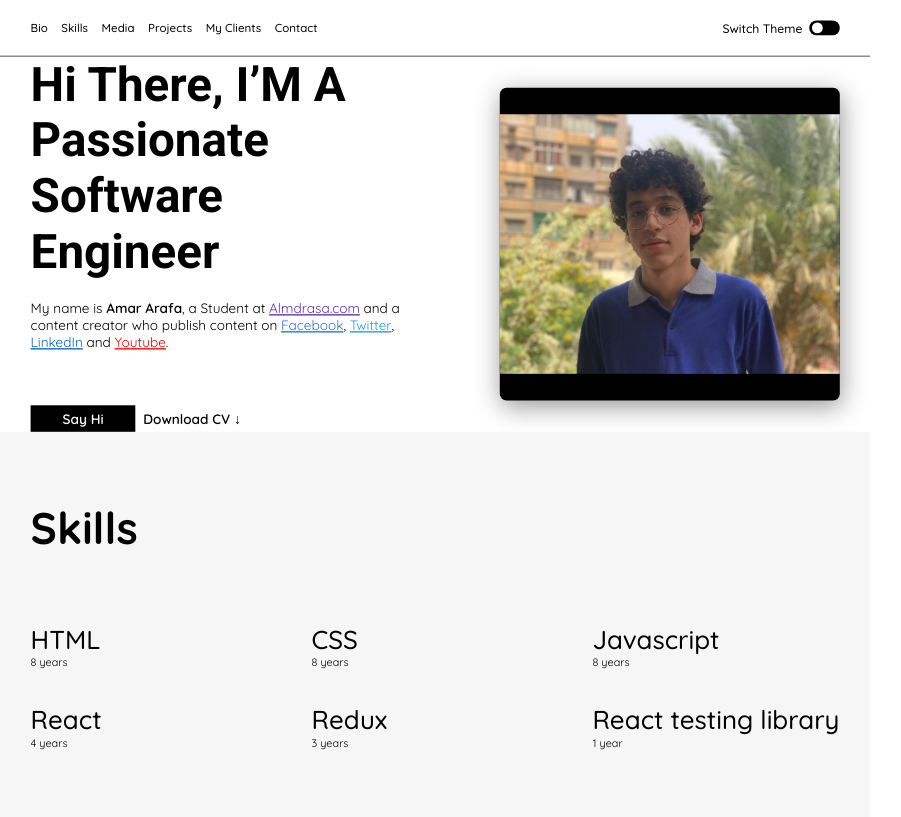
Repository: benarafa1/personal-website
Page: index.html
These files come from the project's save history. The page is drawn as it stood at one moment and after the next save; the edit follows.
The browser window is 1280 px wide. The page is 1280 px wide, then 1325 px, so the pictures cover 1325 px, including what lies to the right of the window. The pictures show the whole page, at 68% of full size.

Above is the page before, as saved 2025-04-12 17:19:03.

### index.html
<!DOCTYPE html>
<html lang="en">
  <head>
    <meta charset="UTF-8" />
    <meta name="viewport" content="width=device-width, initial-scale=1.0" />
    <link rel="preconnect" href="https://fonts.googleapis.com" />
    <link rel="preconnect" href="https://fonts.gstatic.com" crossorigin />
    <link rel="preconnect" href="https://fonts.googleapis.com" />
    <link rel="preconnect" href="https://fonts.gstatic.com" crossorigin />
    <link
      href="https://fonts.googleapis.com/css2?family=Quicksand:wght@300..700&family=Roboto:ital,wght@0,100;0,300;0,400;0,500;0,700;0,900;1,100;1,300;1,400;1,500;1,700;1,900&display=swap"
      rel="stylesheet"
    />

    <link rel="stylesheet" href="style.css" />
    <title>Amar Arafa</title>
  </head>

  <body>
    <div class="container">
      <header class="header">
        <nav class="navigation">
          <ul class="navigation__list">
            <li><a class="navigation__link" href="#">Bio</a></li>
            <li><a class="navigation__link" href="#">Skills</a></li>
            <li><a class="navigation__link" href="#">Media</a></li>
            <li><a class="navigation__link" href="#">Projects</a></li>
            <li><a class="navigation__link" href="#">My Clients</a></li>
            <li><a class="navigation__link" href="#">Contact</a></li>
          </ul>
        </nav>
        <div class="toggle">
          <h3 class="toggle__title">Switch Theme</h3>
          <input
            type="checkbox"
            name="toggle__checkbox"
            id="checkbox"
            class="toggle__checkbox"
          />
          <label for="checkbox" class="toggle__label"></label>
        </div>
      </header>
      <section class="bio section">
        <div class="bio__data-part">
          <h1 class="bio__heading">
            Hi There, I’M A Passionate Software Engineer
          </h1>
          <p class="bio__objective">
            My name is <span class="bio__name">Amar Arafa</span>, a Student at
            <a href="" class="bio__Almdrasa">Almdrasa.com</a> and a content
            creator who publish content on
            <a href="#" class="bio__Facebook">Facebook</a>,
            <a href="#" class="bio__Twitter">Twitter</a>,
            <a href="#" class="bio__LinkedIn">LinkedIn</a> and
            <a href="#" class="bio__Youtube">Youtube</a>.
          </p>
          <a href="#" class="bio__links say-hi-link">Say Hi</a>
          <a href="#" class="bio__links download-cv-link"
            >Download CV <span class="bio__arrow">↓</span></a
          >
        </div>
        <div class="bio__pic-part">
          <img
            src="images/personal-pic.jpg"
            alt="img of amar"
            class="bio__pic"
          />
        </div>
      </section>
      <section class="skills section section-with-bg">
        <h2 class="h2__heading">Skills</h2>
        <div class="skills__languages">
          <div class="skills__item">
            <p class="language">HTML</p>
            <p class="experience">8 years</p>
          </div>
          <div class="skills__item">
            <p class="language">CSS</p>
            <p class="experience">8 years</p>
          </div>
          <div class="skills__item">
            <p class="language">Javascript</p>
            <p class="experience">8 years</p>
          </div>
          <div class="skills__item">
            <p class="language">React</p>
            <p class="experience">4 years</p>
          </div>
          <div class="skills__item">
            <p class="language">Redux</p>
            <p class="experience">3 years</p>
          </div>
          <div class="skills__item">
            <p class="language">React testing library</p>
            <p class="experience">1 year</p>
          </div>
        </div>
      </section>
      <section id="media" class="media section"></section>
    </div>
  </body>
</html>

### style.css
:root {
  --container-width: 119rem;
  --gutter: 2rem;
  --color-black: #000;
  --color-white: #fff;
  --color-blue: #2374e1;
  --color-light-blue: #1d9bf0;
  --color-dark-blue: #0a66c2;
  --color-darker-blue: #143ce8;
  --color-red: #ff0000;
  --color-purple: hsla(261, 96%, 33%, 0.822);
  --color-grey: #f6f6f6;
  --color-dark-green: #42959b;
  --color-background: var(--color-white);
  --color-text: var(--color-black);
  --color-box-img: var(--color-black);
  --color-link-bg: var(--color-black);
  --color-input-border: var(--color-black);
  --font-family-Roboto: "Roboto", sans-serif;
  --font-family-Quicksand: "Quicksand", sans-serif;
  --font-weight-regular: 400;
  --font-weight-medium: 500;
  --font-weight-semi-bold: 600;
  --font-weight-bold: 700;
  --font-size-70: 7rem;
  --font-size-65: 6.5rem;
  --font-size-40: 4rem;
  --font-size-38: 3.8rem;
  --font-size-24: 2.4rem;
  --font-size-22: 2.2rem;
  --font-size-20: 2rem;
  --font-size-18: 1.8rem;
  --font-size-15: 1.5rem;
  --transition-timing: 0.3s;
}

/* start CSS Reset_________________ */
*,
*::before,
*::after {
  box-sizing: border-box;
  margin: 0;
  padding: 0;
  font: inherit;
}

a {
  color: inherit;
  display: inline-block;
}

button {
  background-color: transparent;
  border: none;
  cursor: pointer;
}

ul,
ol {
  list-style: none;
}
body {
  font-size: 1.6rem;
  font-family: var(--font-family-Quicksand);
}

html {
  font-size: 62.5%;
  scroll-behavior: smooth;
  scroll-padding-top: 11rem;
}

.container {
  margin: 0 auto;
  width: var(--container-width);
}
/* end CSS Reset _____________________*/

/* globaL styles start________________ */
.h2__heading {
  font-size: var(--font-size-65);
  font-weight: var(--font-weight-bold);
  grid-column: 1/-1;
}
.section {
  display: grid;
  position: relative;
  grid-template-columns: repeat(2, auto);
  align-items: start;
}
.section-with-bg {
  padding: 10rem 0;
}
.section-with-bg::after {
  content: "";
  position: absolute;
  display: block;
  justify-self: center;
  height: 100%;
  width: 100vw;
  background-color: var(--color-grey);
  z-index: -1;
}

/* globaL styles end________________ */

/* header component start___________________ */

.navigation__list {
  display: flex;
  gap: 2rem;
}
.navigation__link:link,
.navigation__link:visited {
  font-weight: var(--font-weight-medium);
  text-decoration: none;
  font-size: 1.7rem;
}
.navigation__link:hover,
.navigation__link:active {
  text-decoration: underline;
}

.header {
  position: relative;
  padding: 3rem 0;
  display: flex;
  justify-content: center;
}
.header::before {
  content: "";
  position: absolute;
  height: 100%;
  width: 100vw;
  top: 0;
  z-index: -1;
  border-bottom: 0.1rem solid var(--color-input-border);
}

/* toggle start */
.toggle {
  display: flex;
  gap: 1rem;
  margin-left: auto;
}
.toggle__title {
  font-weight: var(--font-weight-medium);
  font-size: var(--font-size-18);
}
.toggle__checkbox {
  display: none;
}

.toggle__label {
  display: block;
  width: 4.5rem;
  height: 2.2rem;
  border-radius: 1.5rem;
  background-color: var(--color-black);
  cursor: pointer;
  padding: 0.3rem 0.4rem;
  transition: var(--transition-timing);
}

.toggle__label::before {
  content: "";
  display: block;
  width: 1.6rem;
  height: 1.6rem;
  border-radius: 50%;
  background-color: var(--color-white);
  transition: var(--transition-timing);
}

.toggle__checkbox:checked + .toggle__label {
  background-color: var(--color-white);
}
.toggle__checkbox:checked + .toggle__label::before {
  background-color: var(--color-black);
  transform: translateX(2.1rem);
}
/* toggle end */

/* header component end+_______________ */

/* bio component start */
.bio {
  grid-template-columns: repeat(2, 1fr);
  gap: 7.4rem;
}

.bio__heading {
  font-family: var(--font-family-Roboto);
  font-size: var(--font-size-70);
  font-weight: var(--font-weight-bold);
}
.bio__objective {
  font-weight: var(--font-weight-regular);
  font-size: var(--font-size-20);
  margin: 3rem 0 8rem;
}
.bio__name {
  font-weight: var(--font-weight-semi-bold);
}
.bio__Almdrasa {
  color: var(--color-purple);
}
.bio__Facebook {
  color: var(--color-blue);
}
.bio__Twitter {
  color: var(--color-light-blue);
}
.bio__LinkedIn {
  color: var(--color-dark-blue);
}
.bio__Youtube {
  color: var(--color-red);
}
.bio__links {
  font-size: var(--font-size-20);
  font-weight: var(--font-weight-semi-bold);
  text-decoration: none;
}
.say-hi-link {
  padding: 0.7rem 4.7rem;
  background-color: var(--color-black);
  color: var(--color-white);
}
.download-cv-link {
  margin-inline-start: 0.7rem;
}

@keyframes jump {
  0% {
    transform: translateY(0.5rem);
  }
  25% {
    transform: translateY(-0.5rem);
  }
  50% {
    transform: translateY(0);
  }
  100% {
    transform: translateY(0);
  }
}

.bio__arrow {
  display: inline-block;
  animation: jump 1s ease-in-out infinite alternate;
}

.bio__pic-part {
  display: flex;
  position: relative;
  align-items: center;
  align-self: center;
  justify-self: end;
}
.bio__pic-part::before {
  content: "";
  display: block;
  position: absolute;
  height: 46rem;
  width: 100%;
  border-radius: 1rem;
  z-index: -1;
  background-color: var(--color-box-img);
  box-shadow: 2.17543px 8.7017px 38.0699px rgba(0, 0, 0, 0.416);
}
.bio__pic {
  width: 50rem;
}
/* bio component end */

/* skills component start */
.skills {
  background-color: var(--color-grey);
  row-gap: 10rem;
}
.skills__item {
  transition: var(--transition-timing);
  user-select: none;
}
.skills__item:hover {
  text-shadow: 0 0 1px var(--color-purple);
}
.skills__languages {
  display: grid;
  grid-template-columns: repeat(3, 1fr);
  gap: 5rem;
}
.language {
  font-size: var(--font-size-38);
  font-weight: var(--font-weight-medium);
}

/* skills component end */

After the next save:
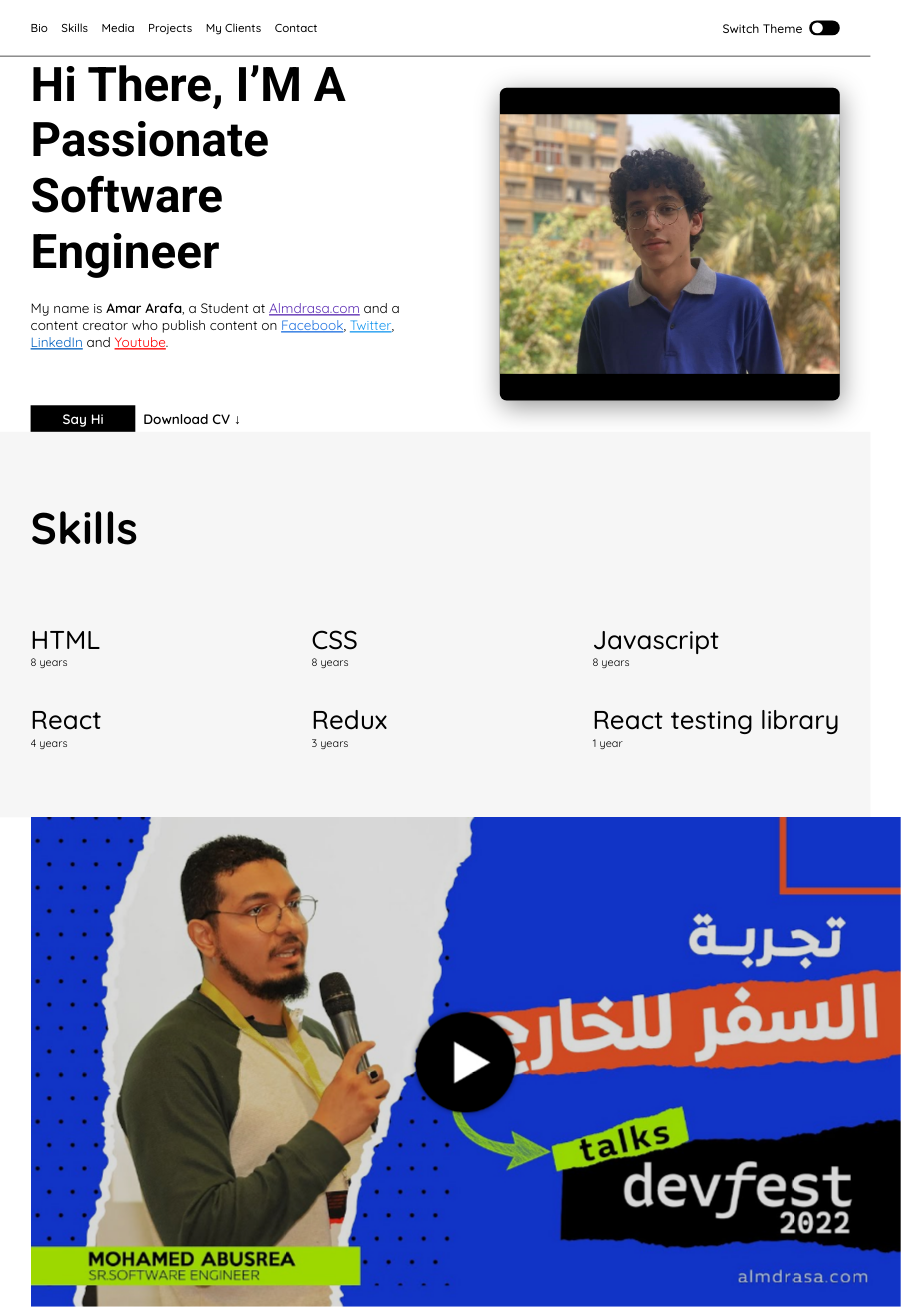
Saved 57 s later.
--- a/index.html
+++ b/index.html
@@ -96,7 +96,9 @@
           </div>
         </div>
       </section>
-      <section id="media" class="media section"></section>
+      <section id="media" class="media section">
+        <video poster="images/thumbnail.jpg"></video>
+      </section>
     </div>
   </body>
 </html>
